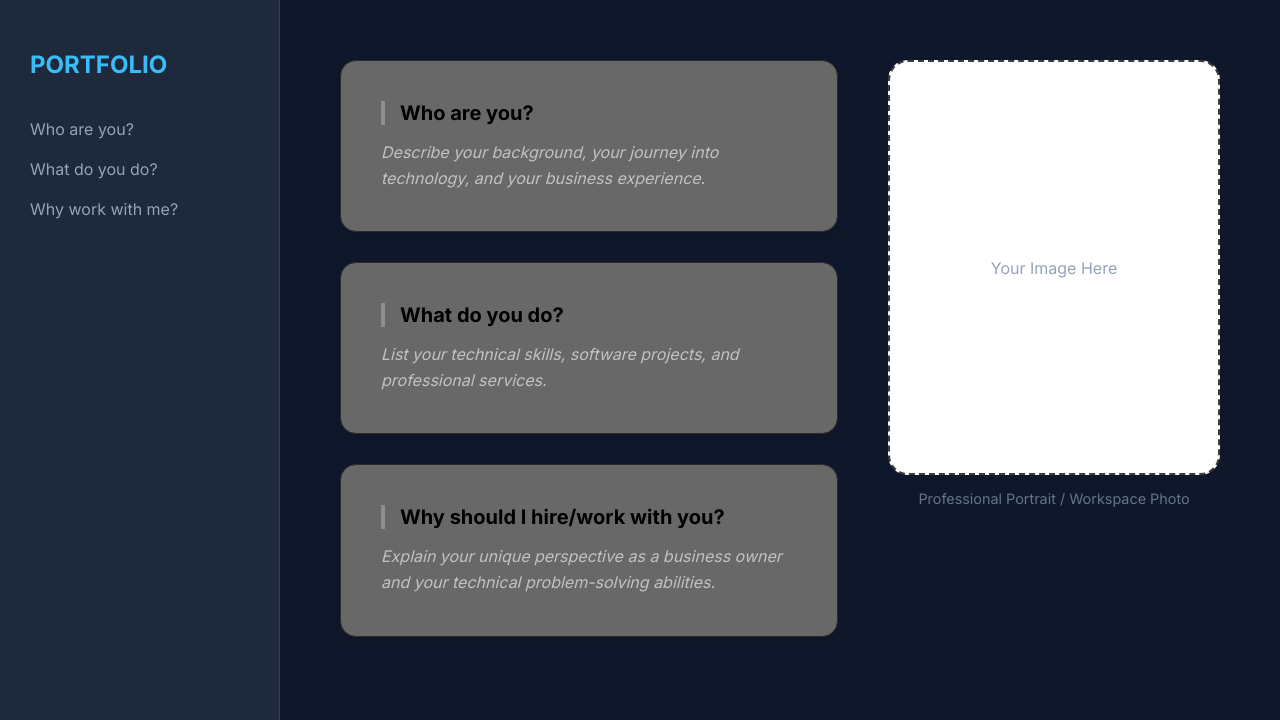
Repository: KevinSamaha/Kevin_Samaha
Page: index.html
The author's editor kept a copy of each file at every save. The page is drawn from the files as they stood at one save, then again after the next save.
The browser window is 1280 px wide. The pictures show the whole page.

Above is the page before, as saved 2026-05-03 14:05:48.

After the next save:
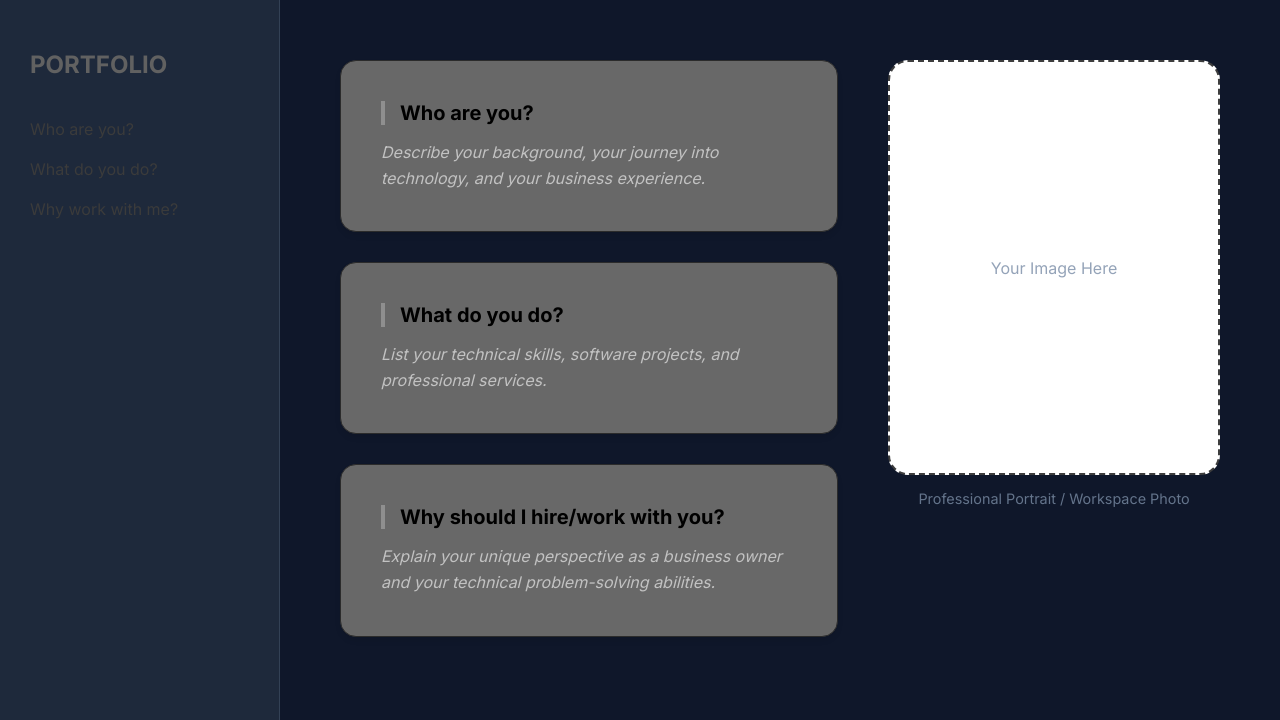
Saved 27 s later.
--- a/style.css
+++ b/style.css
@@ -31,7 +31,7 @@ header {
 .logo {
     font-size: 1.5rem;
     font-weight: 700;
-    color: #38bdf8;
+    color: #616161;
     margin-bottom: 40px;
 }
 
@@ -45,13 +45,13 @@ nav ul li {
 
 nav a {
     text-decoration: none;
-    color: #94a3b8;
+    color: #3b3b3b;
     font-size: 1rem;
     transition: color 0.3s ease;
 }
 
 nav a:hover {
-    color: #38bdf8;
+    color: #848484;
 }
 
 /* 2. Main Content Container */
